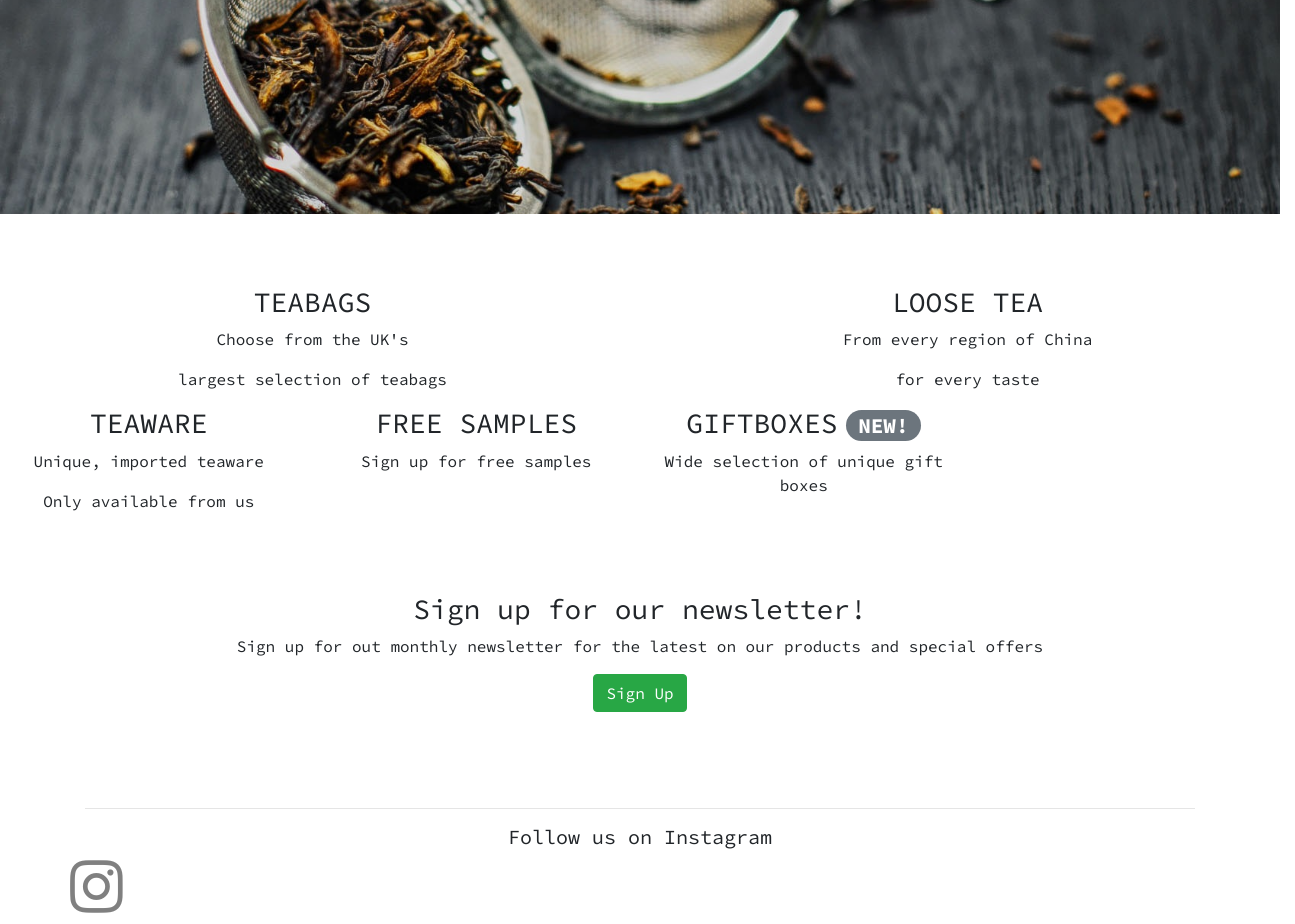
Repository: Code-Institute-Submissions/china-tea
Page: index.html
The author's editor kept a record of every edit. The page is drawn from the files as they stood at one moment, then again after the next edit.
The browser window is 1280 px wide. The page is 1295 px wide, so the pictures cover 1295 px, including what lies to the right of the window. The pictures show the part of the page from y = 744 to 1668 px (the page is 2248 px tall).
Backgrounds fixed to the window are drawn as part of the page. Some web libraries are served in a nearby version.

Above is the page before.

After the next edit:
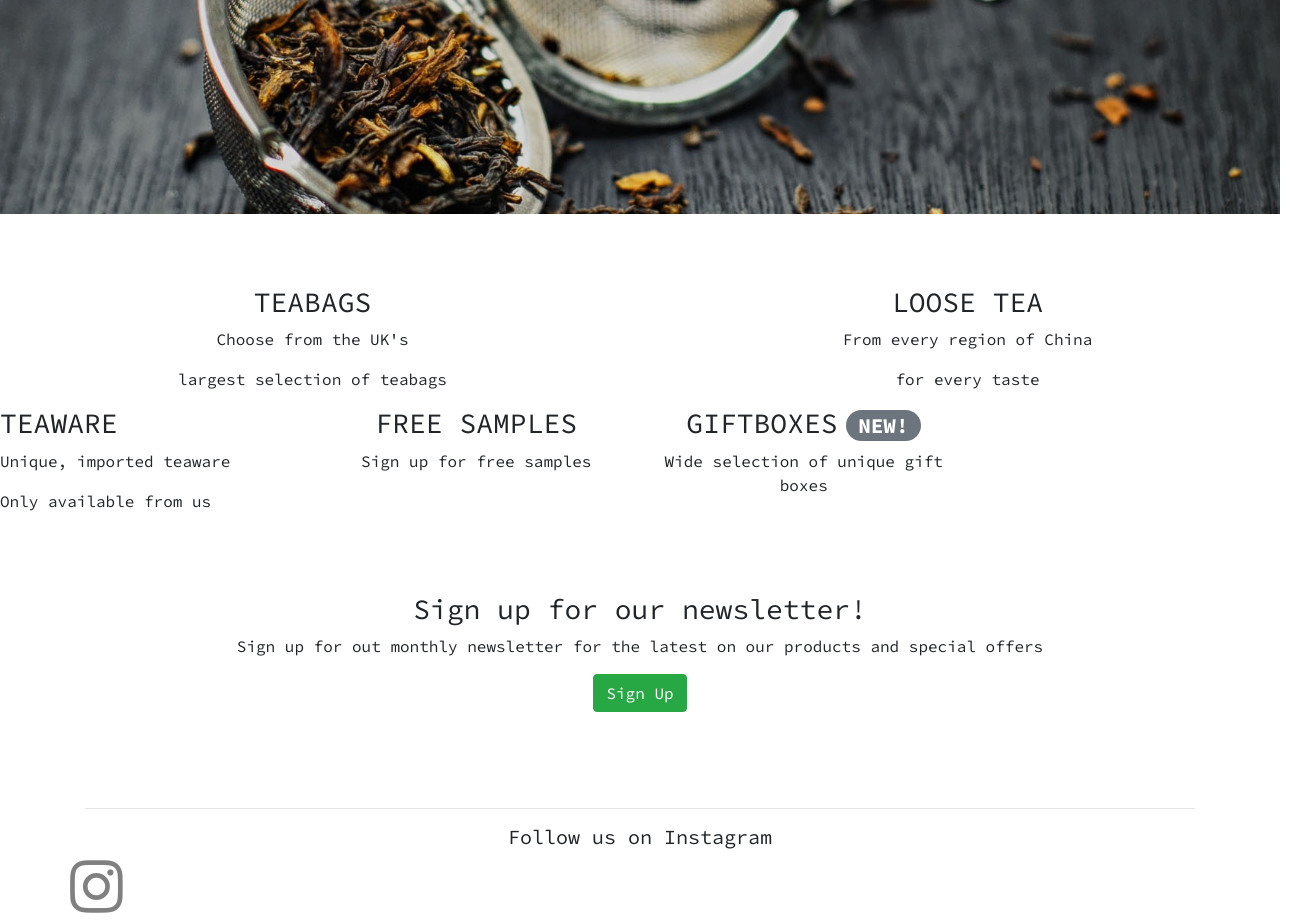
The edit:
--- a/index.html
+++ b/index.html
@@ -145,7 +145,7 @@
 
 
             <div class="row">
-                <div class="col-12 col-sm-3 individual-purchase">
+                <div class="col-12 col-sm-3 individual-purchases">
                     <div class="teaware">
                         <h3 class="text-uppercase">Teaware</h3>
                         <p>Unique, imported teaware</p>
